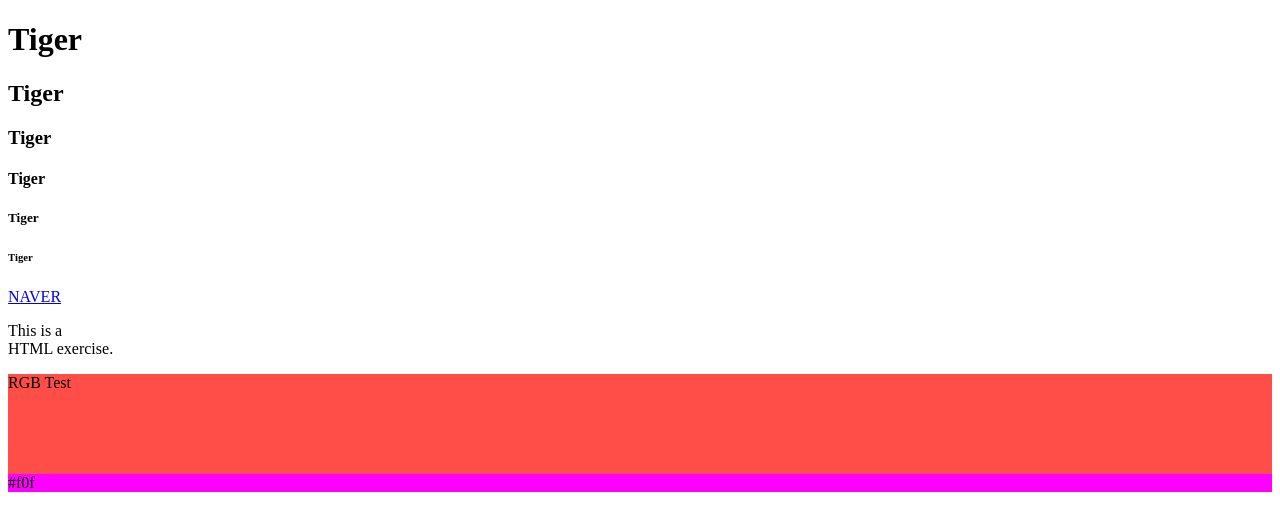
Repository: soobin10236/Class
Page: Web02/src/main/webapp/index.html
An editor plug-in stored every save of this project. The page is shown before and after the next save, followed by the edit.
The browser window is 1280 px wide. The pictures show the whole page.

Above is the page before, as saved 2021-09-06 05:03:11.

After the next save:
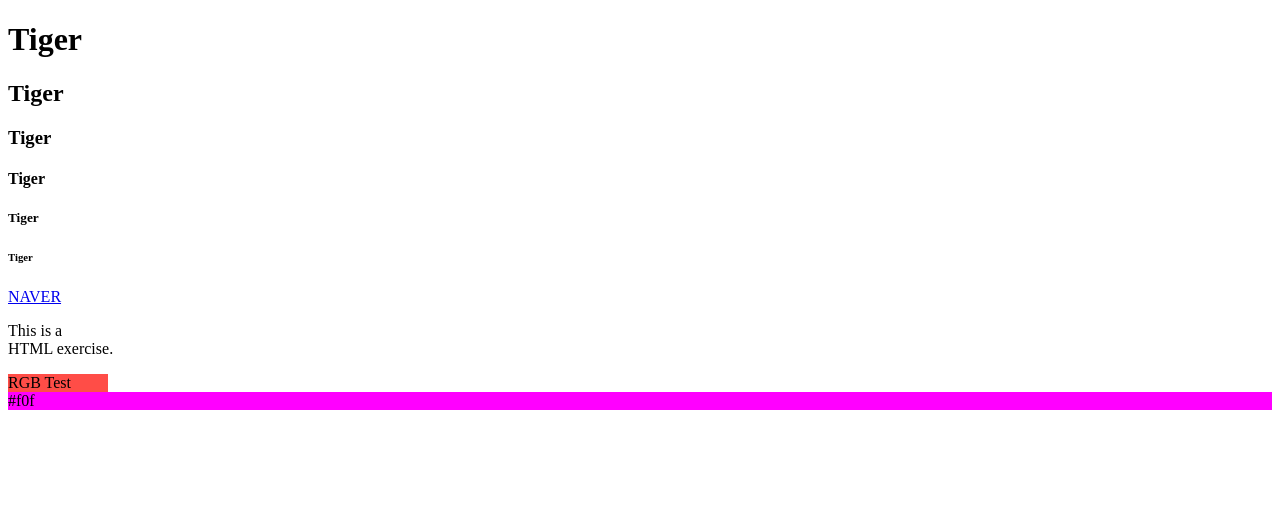
Saved 9 s later.
--- a/Web02/src/main/webapp/index.html
+++ b/Web02/src/main/webapp/index.html
@@ -14,7 +14,7 @@
 	<a href="https://www.naver.com">NAVER</a>
 	<p>This is a <br/> HTML exercise.</p>
 	<!-- Ctrl + Shift + / -->
-	<div style="background:rgb(255,77,71);height:100px;">RGB Test</div>
+	<div style="background:rgb(255,77,71);width:100px;">RGB Test</div>
 	<div style="background:#ff00ff">#f0f</div>
 </body>
 </html>
